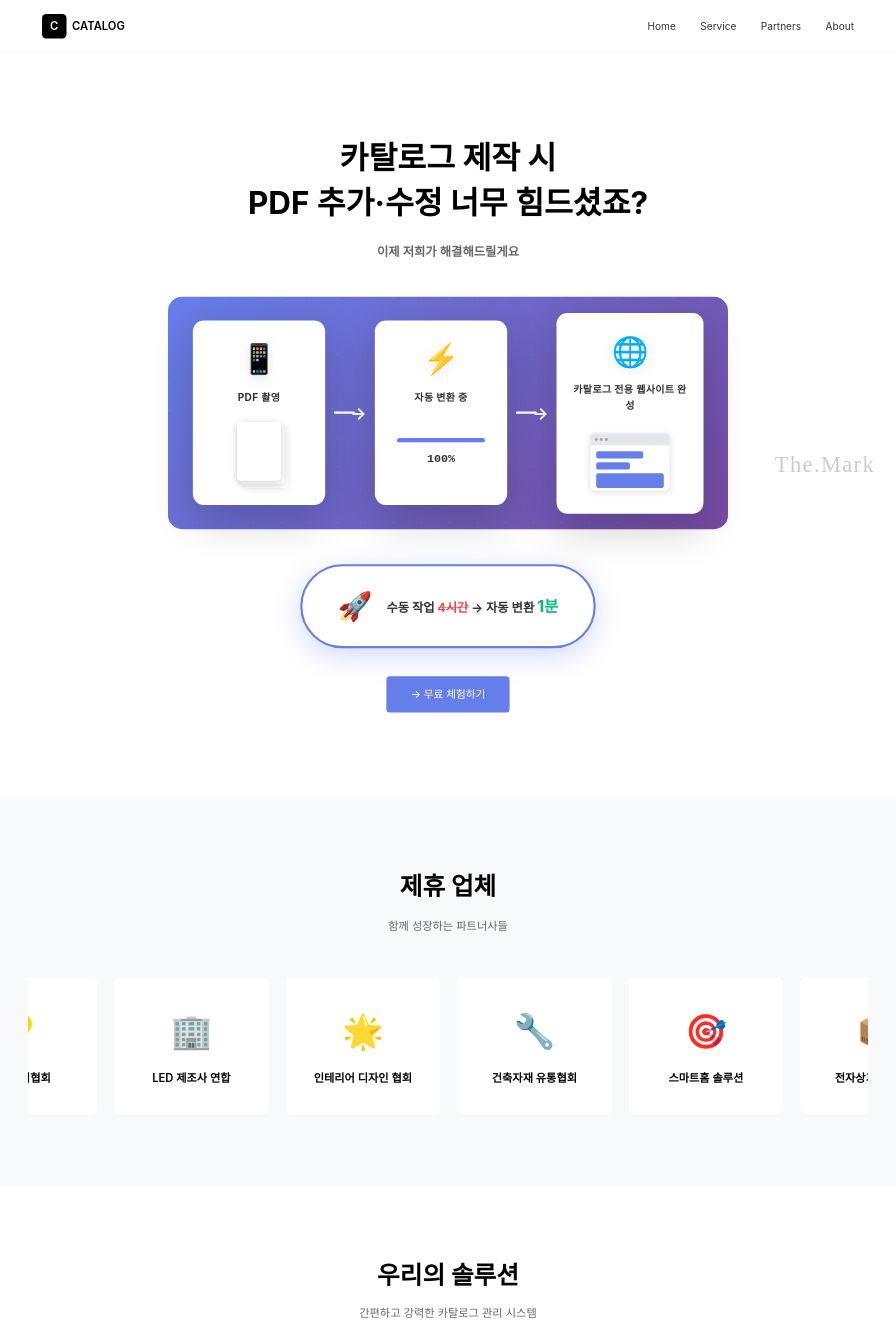
Repository: ororso11/catamaster
Page: index.html
The author's editor kept a copy of each file at every save. The page is drawn from the files as they stood at one save, then again after the next save.
The browser window is 1280 px wide. The pictures show the part of the page from y = 0 to 1920 px (the page is 2952 px tall), at 70% of full size.

Above is the page before, as saved 2025-10-05 00:05:38.

After the next save:
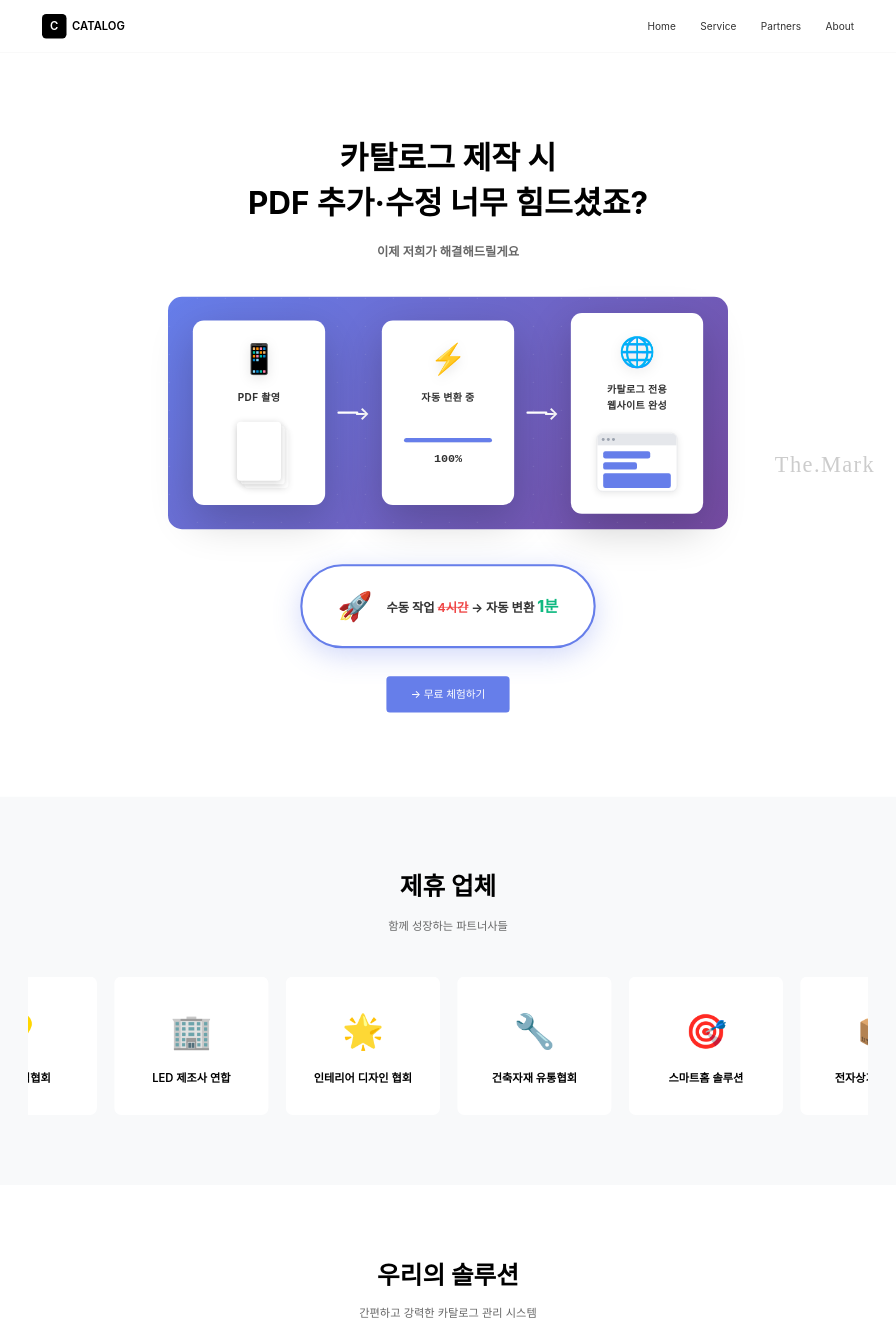
Saved 9 s later.
--- a/script.js
+++ b/script.js
@@ -80,7 +80,7 @@
 
             <div class="process-step" id="step3">
                 <div class="step-icon">🌐</div>
-                <div class="step-title">카탈로그 전용 웹사이트 완성</div>
+                <div class="step-title">카탈로그 전용 </br> 웹사이트 완성</div>
                 <div class="step-visual">
                     <div class="website-preview" id="websitePreview">
                         <div class="browser-bar">

After the save that followed:
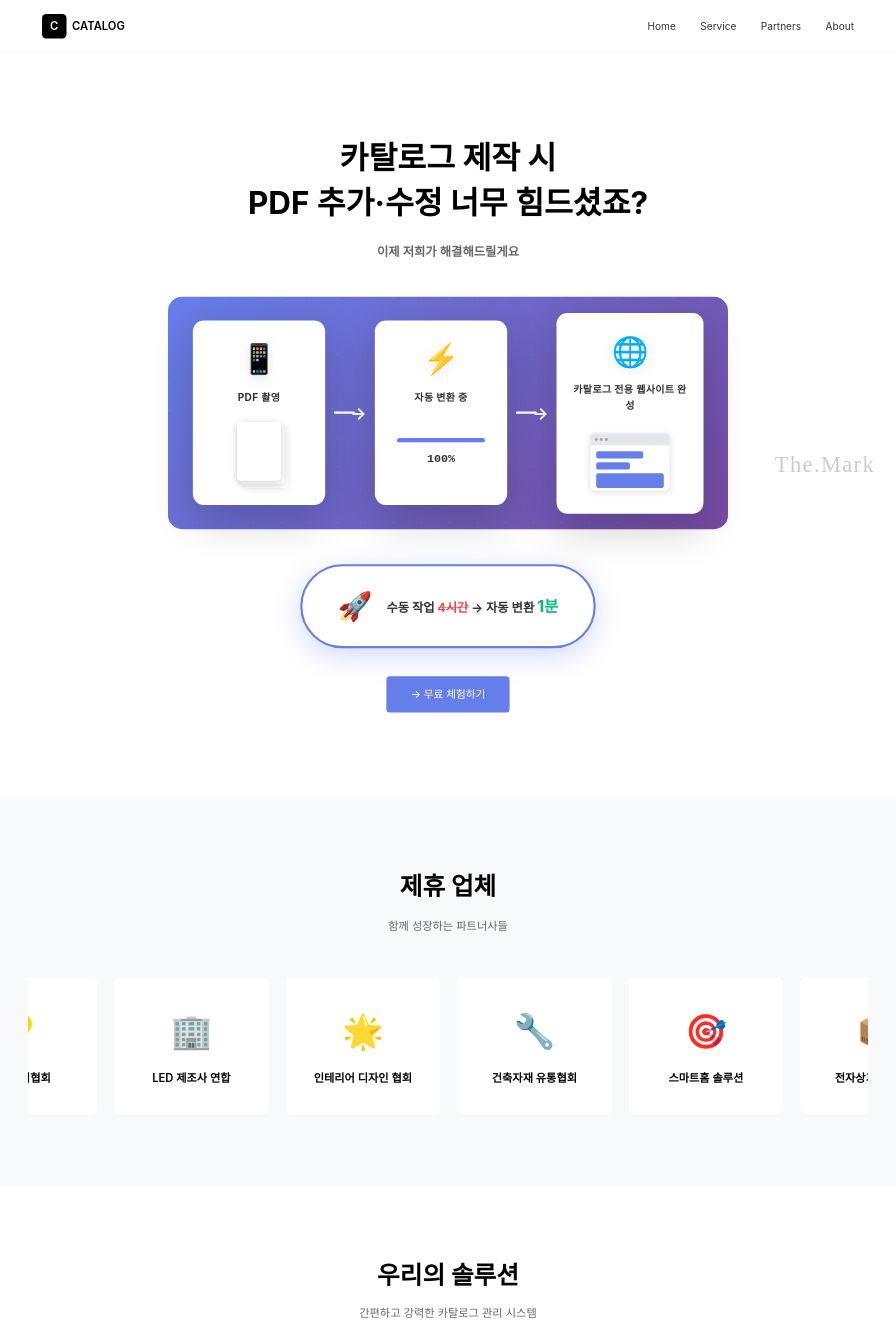
Saved 15 s later.
--- a/script.js
+++ b/script.js
@@ -80,7 +80,7 @@
 
             <div class="process-step" id="step3">
                 <div class="step-icon">🌐</div>
-                <div class="step-title">카탈로그 전용 </br> 웹사이트 완성</div>
+                <div class="step-title">카탈로그 전용 웹사이트 완성</div>
                 <div class="step-visual">
                     <div class="website-preview" id="websitePreview">
                         <div class="browser-bar">
